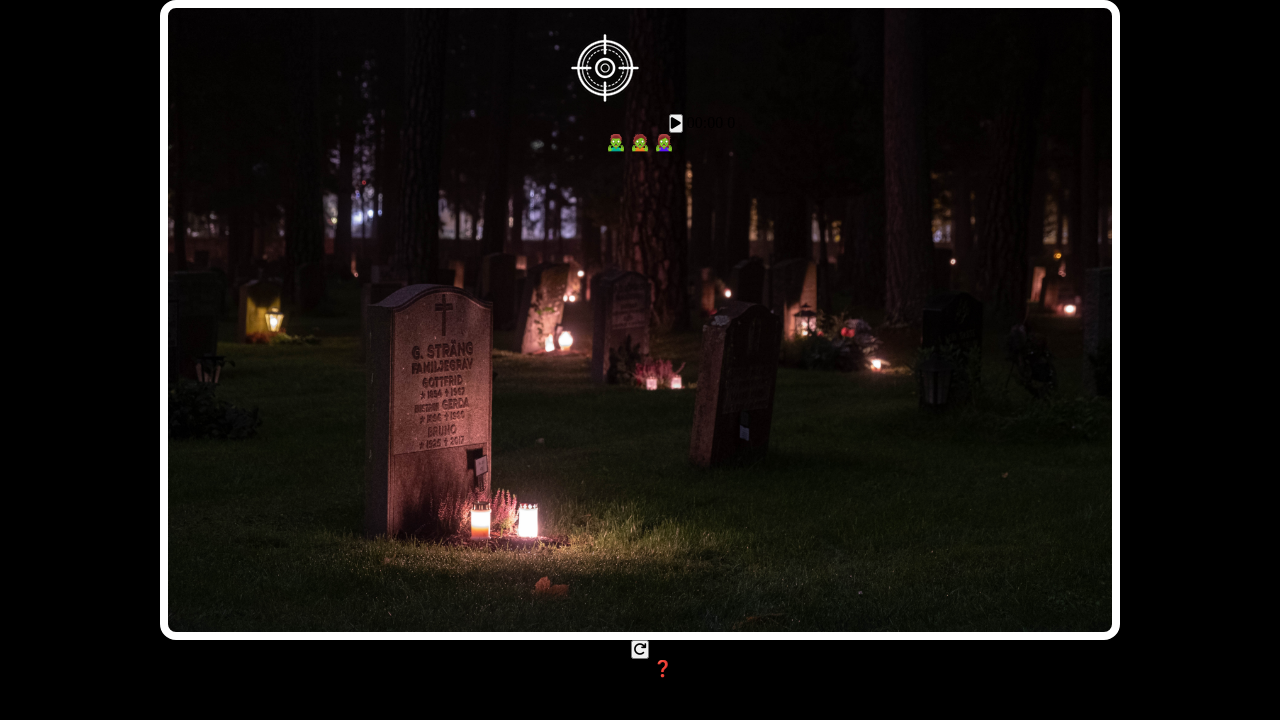
Repository: MrJinkyu/ZombieGame
Page: index.html
The author's editor kept a copy of each file at every save. The page is drawn from the files as they stood at one save, then again after the next save.
The browser window is 1280 px wide. The pictures show the whole page.
Some web libraries are served in a nearby version.

Above is the page before, as saved 2023-04-08 21:53:46.

### index.html
<!DOCTYPE html>
<html lang="en">
<head>
    <meta charset="UTF-8">
    <meta http-equiv="X-UA-Compatible" content="IE=edge">
    <meta name="viewport" content="width=device-width, initial-scale=1.0">
    <title>Zombie Game</title>
    <link rel="stylesheet" href="style.css">
    <script src="main.js" defer></script>
    <script src="https://kit.fontawesome.com/83424fe51a.js" crossorigin="anonymous"></script>
</head>
<body>
    <section class="game">
        <img src="img/target.png" alt="target" class="game__target">
        <button class="game__btn">
            <i class="fa-sharp fas fa-play"></i>
        </button>
        <span class="game__timer">00:00</span>
        <span class="game__score">0</span>
        <section class="game__field">
            <span id="zombie1" class="zombie">🧟‍♂️</span>
            <span id="zombie2" class="zombie">🧟</span>
            <span id="zombie3" class="zombie">🧟‍♀️</span>
        </section>
    </section>
    <section class="pop-up">
        <button class="pop-up__refresh">
            <i class="fa fa-rotate-right"></i>
        </button>
        <div class="pop-up__message">Replay❓</div>
    </section>
</body>
</html>

### style.css
*{
    box-sizing: border-box;
    margin: 0;
    padding: 0;
}

body{
    text-align: center;
    background-color: black;
}

.game{
    background: url('img/background.jpg') center/cover;
    margin: 0 auto;
    width: 60rem;
    height: 40rem;
    border: 0.5rem solid white;
    border-radius: 1rem;
}

Loaded but not shown: main.js (no copy from this time; the picture is the same without it)

After the next save:
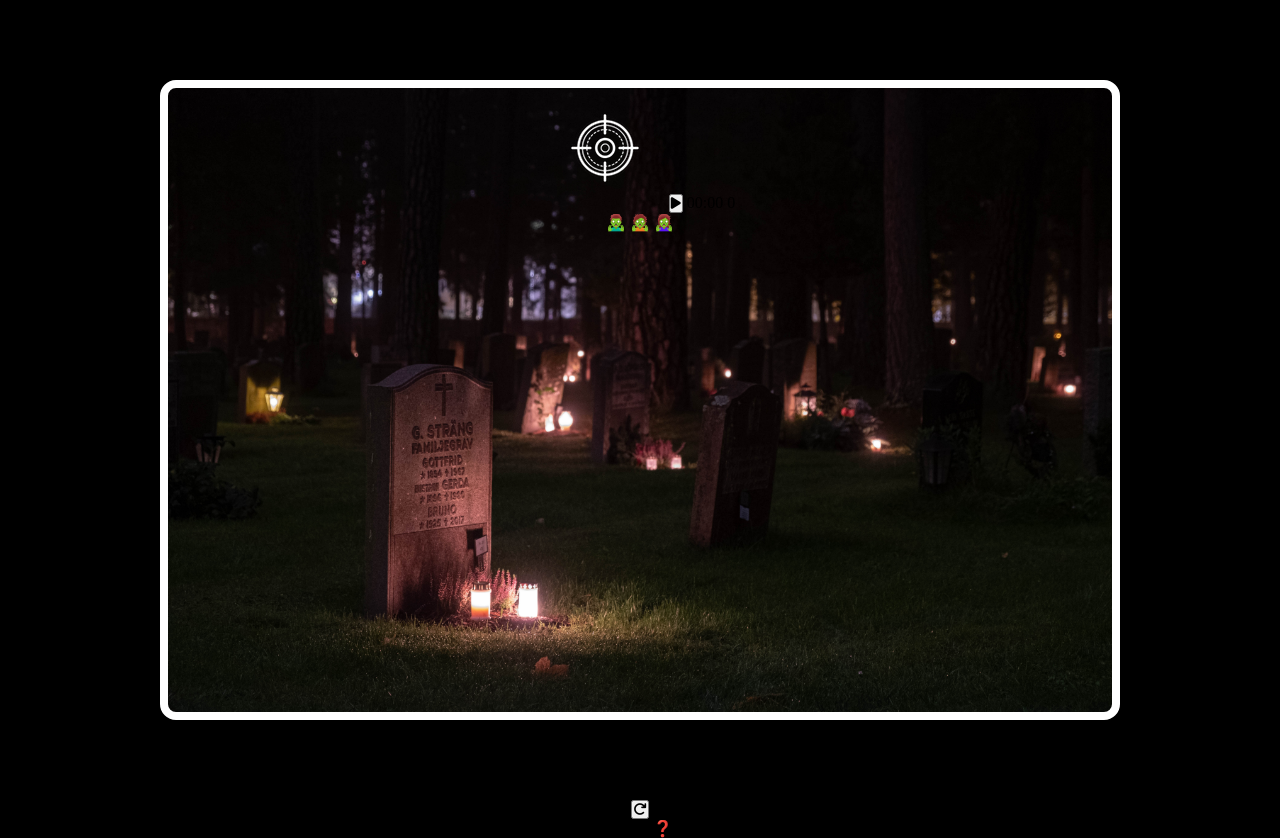
Saved 7 s later.
--- a/style.css
+++ b/style.css
@@ -11,7 +11,7 @@ body{
 
 .game{
     background: url('img/background.jpg') center/cover;
-    margin: 0 auto;
+    margin: 5rem auto;
     width: 60rem;
     height: 40rem;
     border: 0.5rem solid white;
